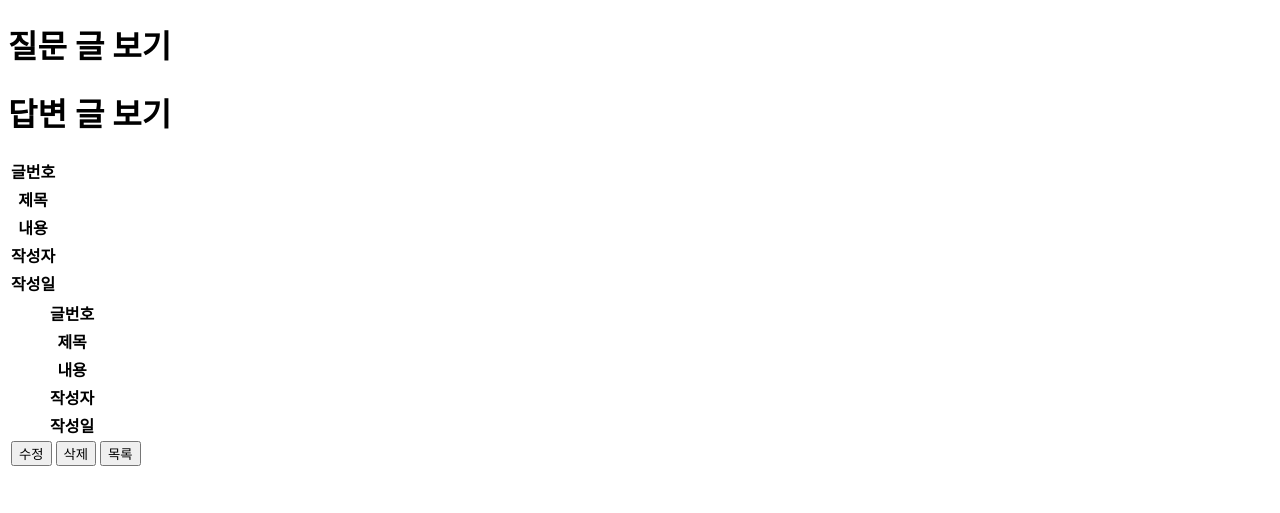
Repository: xo461/test
Page: http://localhost/cafeatte/WEB-INF/views/qna/view2.jsp
The author's editor kept a copy of each file at every save. The page is drawn from the files as they stood at one save, then again after the next save.
The browser window is 1280 px wide. The pictures show the whole page.
The page is served by Tomcat 9. Nobody is signed in. The template is opened directly, without the code that normally fills it, so the values that code supplies are empty.

Above is the page before, as saved 2020-01-02 03:35:38.
Console error: ReferenceError: $ is not defined

After the next save:
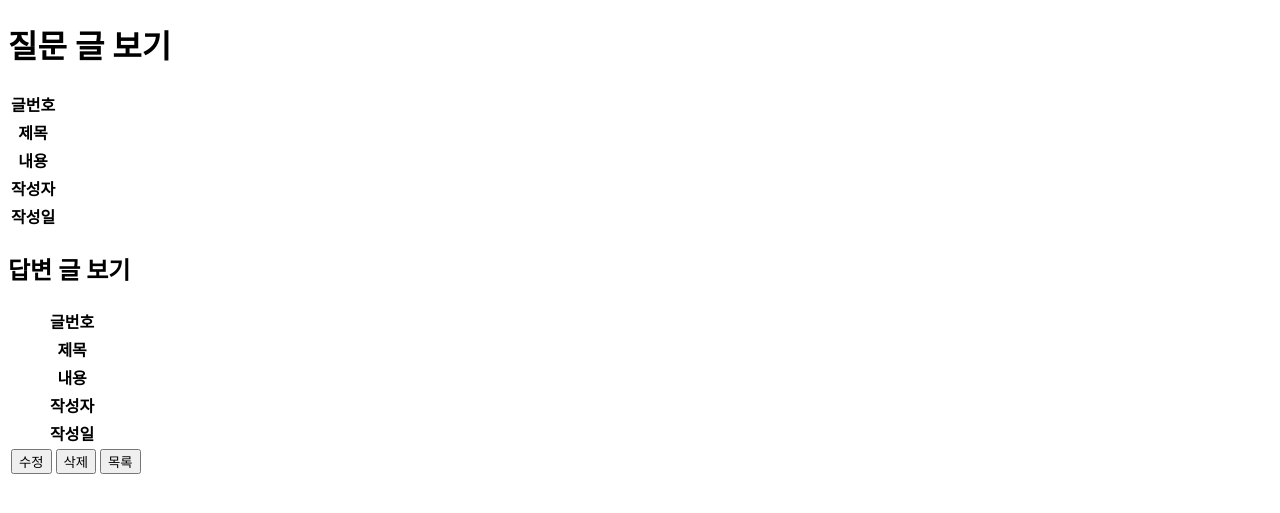
Saved 112 s later.
--- a/web/cafeatte/WebContent/WEB-INF/views/qna/view2.jsp
+++ b/web/cafeatte/WebContent/WEB-INF/views/qna/view2.jsp
@@ -43,8 +43,8 @@ $(function() {
 <tr>
 	<th>작성일</th><td>${dto.writeDate }</td>
 </tr>
-
-<h1>답변 글 보기</h1>
+</table>
+<h2>답변 글 보기</h2>
 <table class="table" >
 <tr>
 	<th>글번호</th><td>${dto1.no }</td>
